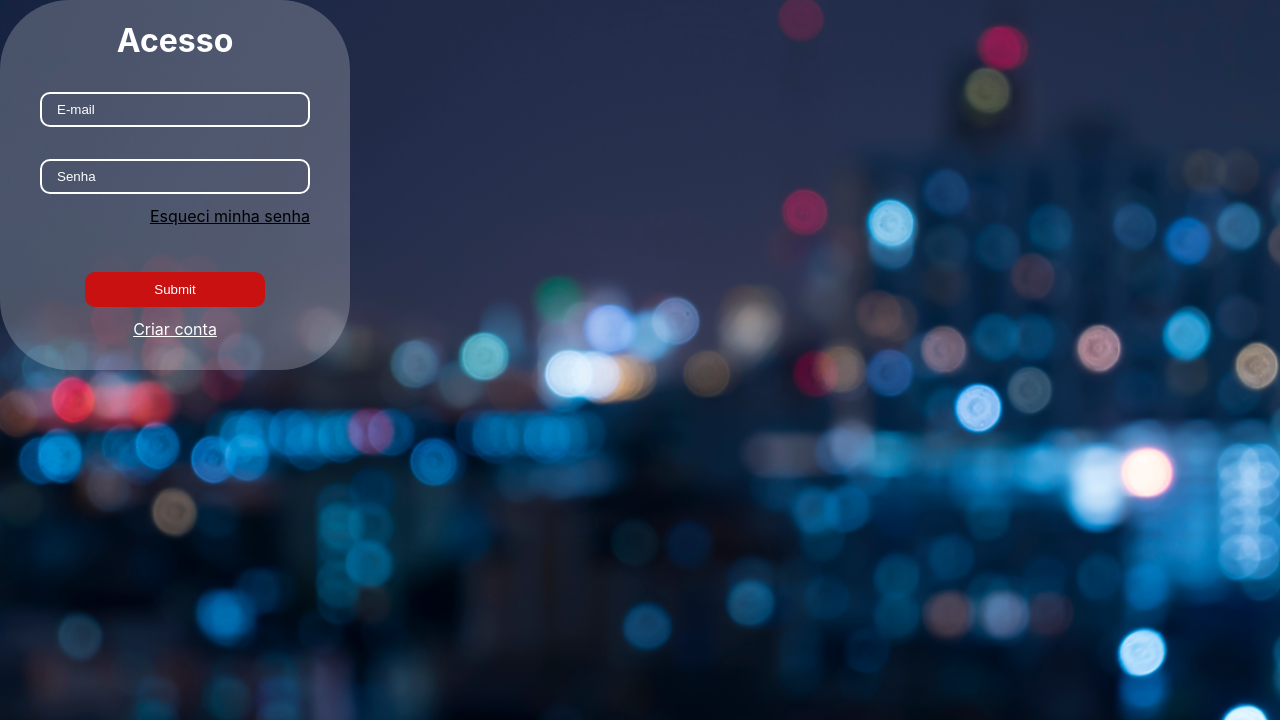
Repository: mateus-henrique-silva/Plataforma_videos_treinamento
Page: / (app in my-app/)
These files come from the project's save history. The page is drawn as it stood at one moment and after the next save; the edit follows.
The browser window is 1280 px wide. The pictures show the whole page.
The project was rebuilt for these pictures with package versions that can differ from the ones it lists, and the page was loaded fresh each time.

Above is the page before, as saved 2022-08-16 09:06:12.

After the next save:
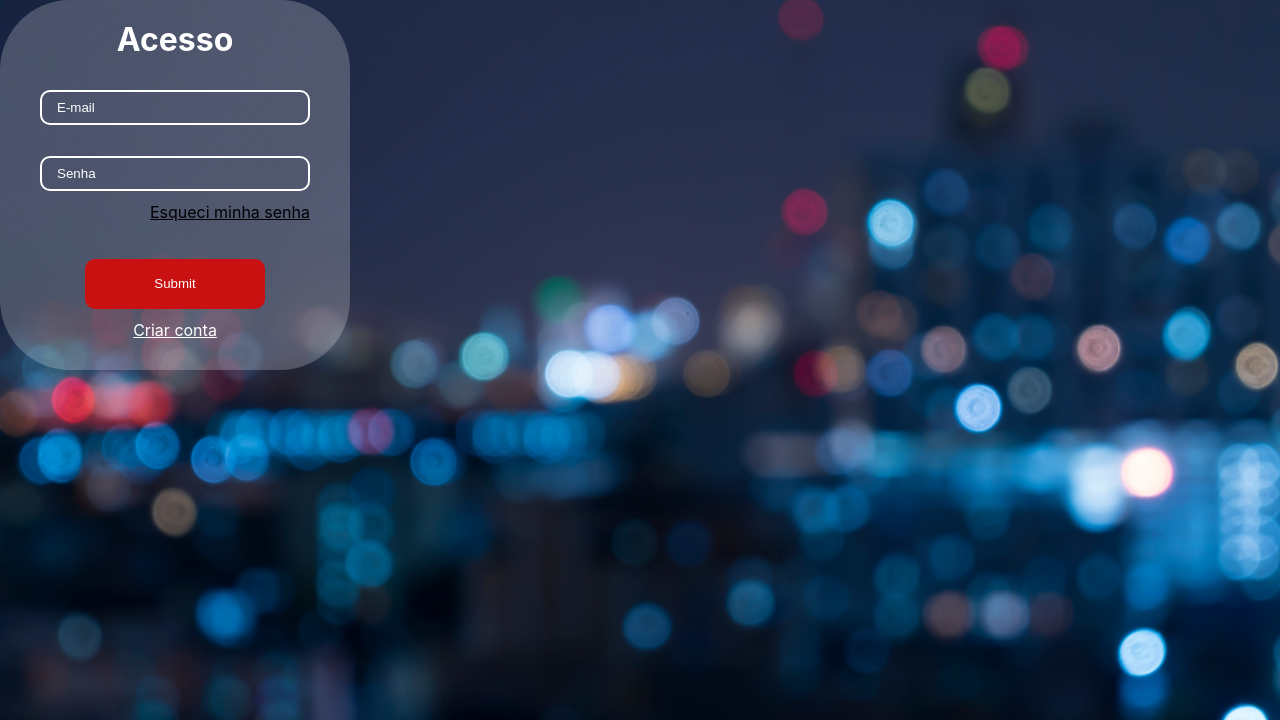
Saved 75 s later.
--- a/my-app/src/Components/formLogin/formLogin.css
+++ b/my-app/src/Components/formLogin/formLogin.css
@@ -51,7 +51,7 @@
   }
 .box-login .formLogin input[type="submit"] {
     width: 180px;
-    height: 35px;
+    height: 50px;
     margin-bottom: 0;
     bottom: 0;
     margin-top:-50px;
